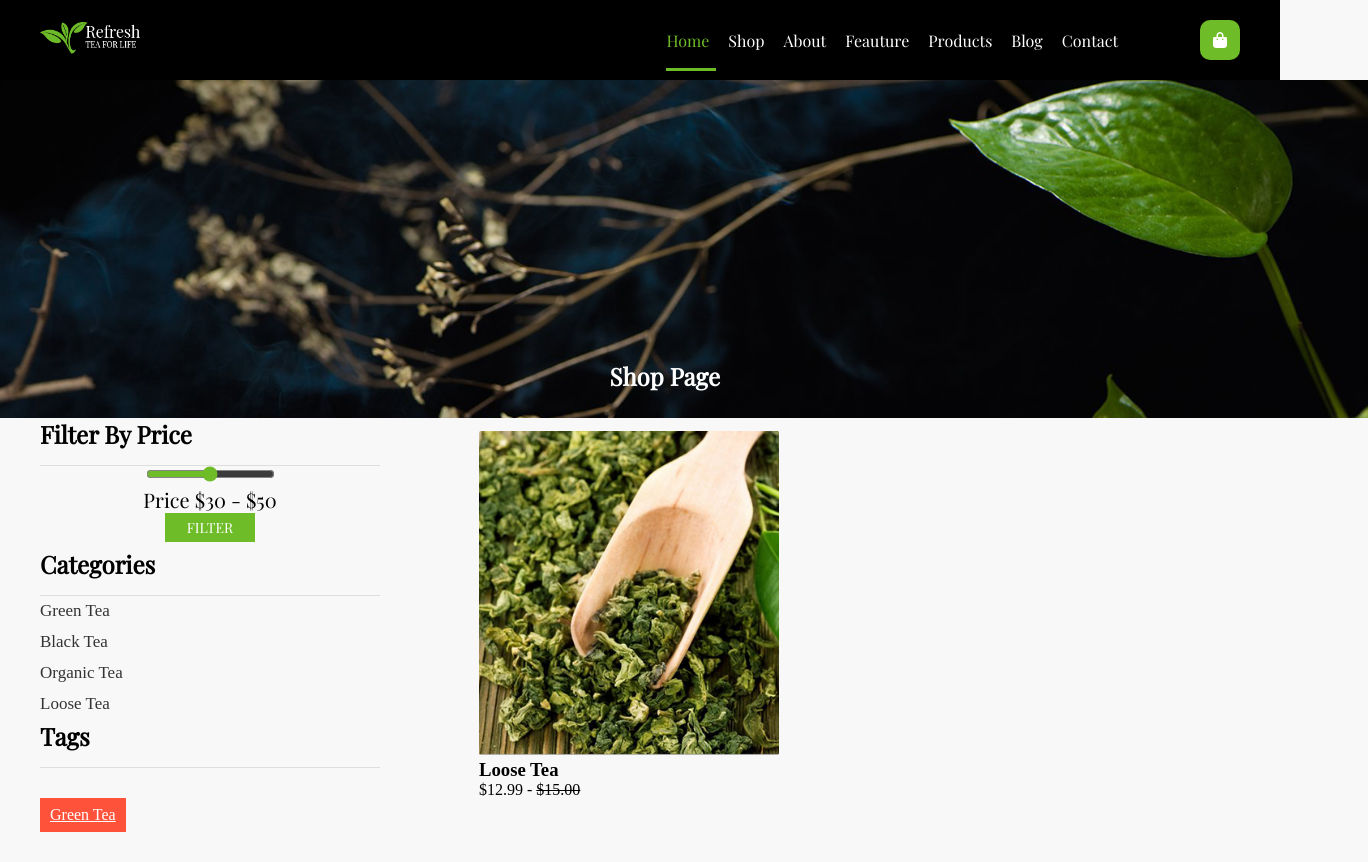
Repository: 52hzwhaleblue/school_teashop
Page: shop.html
The author's editor kept a copy of each file at every save. The page is drawn from the files as they stood at one save, then again after a run of saves.
The browser window is 1280 px wide. The page is 1368 px wide, so the pictures cover 1368 px, including what lies to the right of the window. The pictures show the whole page.
The pointer rests on the first visible `.btn`.
Some web libraries are served in a nearby version.

Above is the page before, as saved 2022-04-29 18:47:52.

### shop.html
<!DOCTYPE html>
<html lang="en">

<head>
    <meta charset="UTF-8">
    <meta http-equiv="X-UA-Compatible" content="IE=edge">
    <meta name="viewport" content="width=device-width, initial-scale=1.0">

    <!-- Style CSS -->
    <link rel="stylesheet" href="./style.css" stylesheet="text/style.css" />

    <!-- googel fonts -->
    <link rel="preconnect" href="https://fonts.googleapis.com" />
    <link rel="preconnect" href="https://fonts.gstatic.com" crossorigin />
    <link href="https://fonts.googleapis.com/css2?family=Playfair+Display&display=swap" rel="stylesheet" />

    <!-- cdn -->
    <link rel="stylesheet" href="https://cdnjs.cloudflare.com/ajax/libs/font-awesome/6.1.1/css/all.min.css" integrity="sha512-KfkfwYDsLkIlwQp6LFnl8zNdLGxu9YAA1QvwINks4PhcElQSvqcyVLLD9aMhXd13uQjoXtEKNosOWaZqXgel0g==" crossorigin="anonymous" referrerpolicy="no-referrer"
    />

    <!-- App.js -->
    <script src="./app.js">
    </script>

    <title>Shop</title>
</head>

<body>
    <!-- header -->
    <div class="header-wrapper">
        <div class="center">
            <div class="row">
                <div class="logo">
                    <img src="./images/logo.png" alt="" />
                </div>

                <div class="menu">
                    <ul>
                        <li class="active"><a href="#">Home</a></li>
                        <li><a href="#">Shop</a></li>
                        <li><a href="#">About</a></li>
                        <li><a href="#">Feauture</a></li>
                        <li><a href="#">Products</a></li>
                        <li><a href="#">Blog</a></li>
                        <li><a href="#">Contact</a></li>
                    </ul>
                </div>

                <div class="cart">
                    <i class="fa-solid fa-bag-shopping"></i>
                </div>
            </div>
        </div>
    </div>

    <!-- silder -->
    <div class="slider-wrapper">
        <div class="slider-img">
            <img src="./images/shop-slide.jpg" alt="" />

            <div class="center">
                <div class="shop-slide-content">
                    <h2 class="heading">Shop Page</h2>
                </div>
            </div>
        </div>
    </div>


    <div class="shop-page-wrapper">
        <div class="center">
            <div class="box-shop-page">
                <!-- filter by price -->
                <div class="price-filter-wrapper">
                    <div class="box-price-filter">
                        <h4>filter by price</h4>
                        <div class="price-range-bar">
                            <form class="multi-range-field my-5 pb-5">
                                <input id="multi3" class="multi-range" type="range" />
                            </form>

                            <div class="price-range">
                                <span>Price</span>
                                <span> $30 </span> -
                                <span> $50 </span>
                            </div>

                            <div class="filter-btn">
                                <p>filter</p>
                            </div>
                        </div>
                    </div>
                    <div class="catory-wrapper">
                        <div class="box-catory">
                            <h2>Categories</h2>
                        </div>
                        <div class="category">
                            <ul>
                               <li><a href="">Green Tea</a></li>
                               <li><a href="">Black Tea</a></li>
                               <li><a href="">Organic Tea</a></li>
                               <li><a href="">Loose Tea</a></li>
                            </ul>
                        </div>
                        <div class="box-catory">
                            <h2>Tags</h2>
                        </div>
                        <div class="category1">
                           <ul>
                               <li><a href="btn" class="btn">Green Tea</a></li>
                           </ul>
                        </div>
                    </div>
                </div>

                <!-- shop-product -->
                <div class="shop-product-wrapper">
                    <div class="row">
                        <div class="col-1">
                            <img src="images/product-1.jpg">
                            <h3 class="title">Loose Tea</h3>
                            <p>$12.99 - <del>$15.00</del></p>
                        </div>
                    </div>
                 </div>
            </div>

        </div>
    </div>

</body>

</html>

### style.css
* {
    padding: 0;
    margin: 0;
}

body {
    background-color: #f8f8f8;
}


/* header */

.header-wrapper {
    margin: 0 auto;
    background-color: #000000;
    position: sticky;
    top: 0;
    z-index: 1;
}

.center {
    width: 1200px;
    margin: 0 auto;
}

.header-wrapper .row {
    display: flex;
    justify-content: space-between;
    align-items: center;
    padding: 20px 0;
}


/* logo */

.logo {
    width: 50.0450045005%;
}

.logo img {
    width: 100px;
}


/* menu */

.menu {
    width: 42.304230423%;
}

.menu ul li.active a {
    color: #6fbc29;
}

.menu ul li {
    display: inline-block;
    padding-right: 15px;
    position: relative;
}

.menu ul li:after {
    content: " ";
    width: 50px;
    border-bottom: 3px #6fbc29 solid;
    /* background-color: #6fbc29; */
    left: 0;
    bottom: -20px;
    position: absolute;
}

.menu ul li:not(.active):after {
    content: " ";
    width: 50px;
    border-bottom: 3px #6fbc29 solid;
    left: 0;
    bottom: -30px;
    position: absolute;
    opacity: 0;
    transition: 0.5s;
}

.menu ul li:hover:after {
    bottom: -20px;
    opacity: 1;
}

.menu ul li:hover a {
    color: #6fbc29;
}

.menu ul li a {
    text-decoration: none;
    color: #fff;
    font-family: "Playfair Display", serif;
}


/* cart */

.cart {
    width: 40px;
    height: 40px;
    border-radius: 25%;
    background-color: #6fbc29;
    display: flex;
    justify-content: center;
    align-items: center;
}

.cart i {
    color: #fff;
}


/* silder */

.slider-wrapper {
    width: 1368px;
    margin: 0 auto;
    overflow: hidden;
}

.slider-img {
    display: flex;

}

.slider-img img {
    max-width: 1368px;
}
.slider-img input{
    display: none;
}


.slider-wrapper .home-slide-content {
    width: 446px;
    position: absolute;
    top: 20%;
    left: calc((100% - 1200px) / 2);
}

.slider-wrapper .shop-slide-content {
    width: 446px;
    position: absolute;
    top: 50%;
    left: calc(100% /2.1);
}

.home-slide-content .heading {
    text-transform: uppercase;
    font-family: "Playfair Display";
    font-size: 16px;
    color: #fff;
}

.shop-slide-content .heading {
    text-transform: capitalize;
    font-family: "Playfair Display";
    /* font-size: 50px; */
    color: #fff;
}

.home-slide-content .subHeading {
    text-transform: capitalize;
    font-family: "Playfair Display";
    font-size: 50px;
    padding: 26px 0 50px 0;
    color: #fff;
}

.home-slide-content .subHeading span {
    color: #6fbc29;
    text-transform: capitalize;
    font-size: 50px;
}

.home-slide-content .slider-btn {
    width: 130px;
    /* height: 35px; */
    background-color: #6fbc29;
    display: flex;
    justify-content: center;
    align-items: center;
}

.slider-btn a {
    font-family: "Playfair Display";
    font-size: 14px;
    text-transform: uppercase;
    color: #fff;
    text-decoration: none;
    padding: 10px 0;
}


/* new product */

.product-wrapper {
    width: 1368px;
    margin: 0 auto;
    padding: 57px 0;
}

.title-main {
    padding-bottom: 52px;
}

.title-main h1 {
    font-family: "Playfair Display";
    font-size: 35px;
    text-transform: capitalize;
    color: #212529;
    text-align: center;
}

.title-main .icon {
    text-align: center;
    padding: 23px 0 18px 0;
}

.heading-icon .icon img {
    width: 100px;
}

.title-main .subTitle {
    width: 540px;
    margin: 0 auto;
}

.title-main .subTitle p {
    font-family: "Playfair Display";
    font-size: 14px;
    color: #212529;
    text-align: center;
}


/* product items */

.product-items {
    display: flex;
    flex-wrap: wrap;
    justify-content: space-between;
}

.product-items .item {
    /* width: calc(100% / 4); */
}

.product-items .item .img {
    position: relative;
}

.modal {
    position: absolute;
    width: 100%;
    height: 100%;
    bottom: 0;
    opacity: 0;
    background-color: #6fbc29;
    transition: 0.7s;
}

.modal-content h4 {
    font-family: "Playfair Display", serif;
    color: #fff;
    text-align: center;
    text-transform: capitalize;
}

.modal-content {
    padding: 48px;
}

.modal-content p {
    font-size: 14px;
    font-family: "Playfair Display", serif;
    color: #fff;
    text-align: center;
    padding: 20px 0;
}

.readmore-btn {
    width: 130px;
    background-color: #fff;
    border: 1px #fff solid;
    padding: 5px 0;
    margin: 0 auto;
    text-align: center;
}

.readmore-btn a {
    text-decoration: none;
    color: #6fbc29;
    font-size: 14px;
    font-family: "Playfair Display", serif;
    text-transform: uppercase;
}

.readmore-btn:hover {
    background-color: transparent;
}

.readmore-btn:hover a {
    text-decoration: none;
    color: #fff;
    font-size: 14px;
    font-family: "Playfair Display", serif;
    text-transform: uppercase;
}

.product-items .img:hover .modal {
    top: 0;
    opacity: 0.8;
}

.product-btn {
    display: flex;
    justify-content: center;
}

.btn-left,
.btn-right {
    border-radius: 50%;
    width: 30px;
    height: 30px;
    background-color: #6fbc29;
    margin: 0 10px;
    display: flex;
    align-items: center;
    justify-content: center;
    color: #fff;
    margin-top: 35px;
}

.btn-left:hover,
.btn-right:hover {
    border-radius: 50%;
    width: 30px;
    height: 30px;
    background-color: #fff;
    margin: 0 10px;
    display: flex;
    align-items: center;
    justify-content: center;
    color: #6fbc29;
    margin-top: 35px;
}


/* information */

.information {
    width: 1368px;
    margin: 0 auto;
    background-color: #f8f8f8;
    display: flex;
    justify-content: space-between;
}

.info-img img {
    max-width: 730px;
}

.info-content {
    width: 37.6461988304%;
    padding: 85px 0 125px 30px;
}

.info-content h2 {
    font-size: 35px;
    font-family: "Playfair Display", serif;
}

.info-content p {
    font-size: 14px;
    font-family: "Playfair Display", serif;
    margin: 10px 0;
}

.information .readmore-info-btn {
    width: 130px;
    background-color: #6fbc29;
    padding: 5px 0;
    text-align: center;
}

.information .readmore-info-btn a {
    text-decoration: none;
    color: #fff;
    font-size: 14px;
    font-family: "Playfair Display", serif;
    text-transform: uppercase;
}

.information .readmore-info-btn:hover {
    background-color: #fff;
}

.information .readmore-info-btn:hover a {
    text-decoration: none;
    color: #6fbc29;
    font-size: 14px;
    font-family: "Playfair Display", serif;
    text-transform: uppercase;
}

.criteria-wrapper {
    width: 100%;
    height: 368px;
}

.criteria-items {
    max-width: 1368px;
    display: flex;
    justify-content: center;
}

.criteria-items .item {
    padding: 0 10px;
    box-sizing: border-box;
}


/* featured product */

.featured-product-wrapper {}

.featured-product-items {
    display: flex;
    justify-content: space-between;
    flex-wrap: wrap;
    margin-bottom: 50px;
}

.featured-product-items .item {
    width: calc(100% / 3);
}

.featured-product-items .item .img {
    position: relative;
}

.featured-product-items .img .modal {
    border-radius: 50%;
}

.featured-product-items .img:hover .modal {
    top: 0;
    opacity: 0.8;
    width: 92.5%;
}

.featured-product-items .item .title {
    text-align: center;
    font-family: "Playfair Display";
    font-weight: 600;
    font-size: 20px;
}

.featured-product-items .item .description {
    text-align: center;
    font-family: "Playfair Display";
    font-size: 14px;
}

.featured-product-items .item img {
    border-radius: 50%;
}


/* Information Wrapper */

.info-wrapper {
    position: relative;
}

.info-wrapper img {
    height: 435px;
    width: 100%;
}

.info-heading {
    top: 0;
    width: 490px;
    margin: 55px 0;
    position: absolute;
}

.info-heading .title {
    font-family: "Playfair Display";
    font-size: 35px;
    font-weight: 600;
}

.info-heading .subTitle {
    font-family: "Playfair Display";
    font-size: 14px;
    margin: 25px 0 50px 0;
}

.readmore-info-btn {
    width: 130px;
    background-color: #6fbc29;
    border: 1px #fff solid;
    padding: 5px 0;
    /* margin: 0 auto; */
    text-align: center;
}

.readmore-info-btn a {
    text-decoration: none;
    color: #fff;
    font-size: 14px;
    font-family: "Playfair Display", serif;
    text-transform: uppercase;
}

.readmore-info-btn:hover {
    background-color: #fff;
}

.readmore-info-btn:hover a {
    text-decoration: none;
    color: #6fbc29;
    font-size: 14px;
    font-family: "Playfair Display", serif;
    text-transform: uppercase;
}


/* video */

.video-wrapper {
    position: relative;
    display: flex;
    justify-content: center;
}

.bg-overlay {
    position: relative;
    z-index: 1;
}

.bg-overlay:after {
    background: #000 none repeat scroll 0 0;
    content: "";
    height: 100%;
    left: 0;
    opacity: 0.8;
    position: absolute;
    top: 0;
    width: 100%;
}

.video-wrapper .center {
    width: 1200px;
    margin: 0 auto;
    display: flex;
    justify-content: center;
}

.video-wrapper img {
    width: 100%;
}

.video-wrapper .title-main {
    top: 0;
    position: absolute;
    z-index: 2;
    margin-top: 55px;
}

.video-wrapper .title-main .title {
    color: #fff;
}

.video-wrapper .title-main .icon img {
    width: 200px;
}

.video-wrapper .title-main .subTitle p {
    color: #fff;
}

.box-video {
    /* width: 890px;
    height: 442px; */
    bottom: 25%;
    z-index: 1;
    position: absolute;
}


/* Shop Page */

.box-shop-page {
    display: flex;
    justify-content: space-between;
}

.price-filter-wrapper {
    width: 28.3333333333%;
}

.box-price-filter h4 {
    font-family: "Playfair Display", serif;
    font-size: 24px;
    text-transform: capitalize;
    border-bottom: 1px #dedede solid;
    padding-bottom: 15px;
}

.shop-product-wrapper {
    width: 56.8333333333%;
}


/* Price Range Input */

#multi3 {
    accent-color: #6FBC29;
}

.price-range-bar {
    text-align: center;
}

.price-range {
    font-family: "Playfair Display", serif;
    font-size: 20px;
}

.filter-btn {
    width: 90px;
    height: 35px;
    margin: 0 auto;
}

.filter-btn:hover {
    width: 90px;
    height: 35px;
    margin: 0 auto;
}

.filter-btn p {
    font-family: "Playfair Display", serif;
    font-size: 14px;
    color: #fff;
    text-transform: uppercase;
    background-color: #6fbc29;
    padding: 5px 20px;
}

.filter-btn p:hover {
    font-family: "Playfair Display", serif;
    font-size: 14px;
    color: #6fbc29;
    text-transform: uppercase;
    background-color: #fff;
    padding: 5px 20px;
    border: 1px #6fbc29 solid;
}
.box-catory h2{
    font-family: "Playfair Display", serif;
    font-size: 24px;
    text-transform: capitalize;
    border-bottom: 1px #dedede solid;
    padding-bottom: 15px;
}
.category ul li a {
    text-decoration: none;
    color:#333333;
    font-size: 17px;
    transition: 0.3s;
    border-bottom: 1px solid transparent;
    padding: 5px 0;
    display: block;

}
ul{
    list-style-type: none;
}
.btn{
    display: inline-block;
    background: #ff523b;
    color: #fff;
    padding: 8px 10px;
    margin: 30px 0;
}
/* ----Product---- */
.shop-product-wrapper{
    max-width: 1080px;
    margin: auto;
    padding-left: 25px;
    padding-right: 25px;
}
.col-1{
    flex-basis: 25%;
    padding: 10px;
    min-width: 200px;
    margin-bottom: 50px;
}
.col-1 img{
    width: 300px;
}

### app.js
/* $('#multi3').mdbRange({
    width: '100%',
    single: {
        active: true,
        multi: {
            active: true,
            rangeLength: 2
        },
    }
}); */

After the next 2 saves:
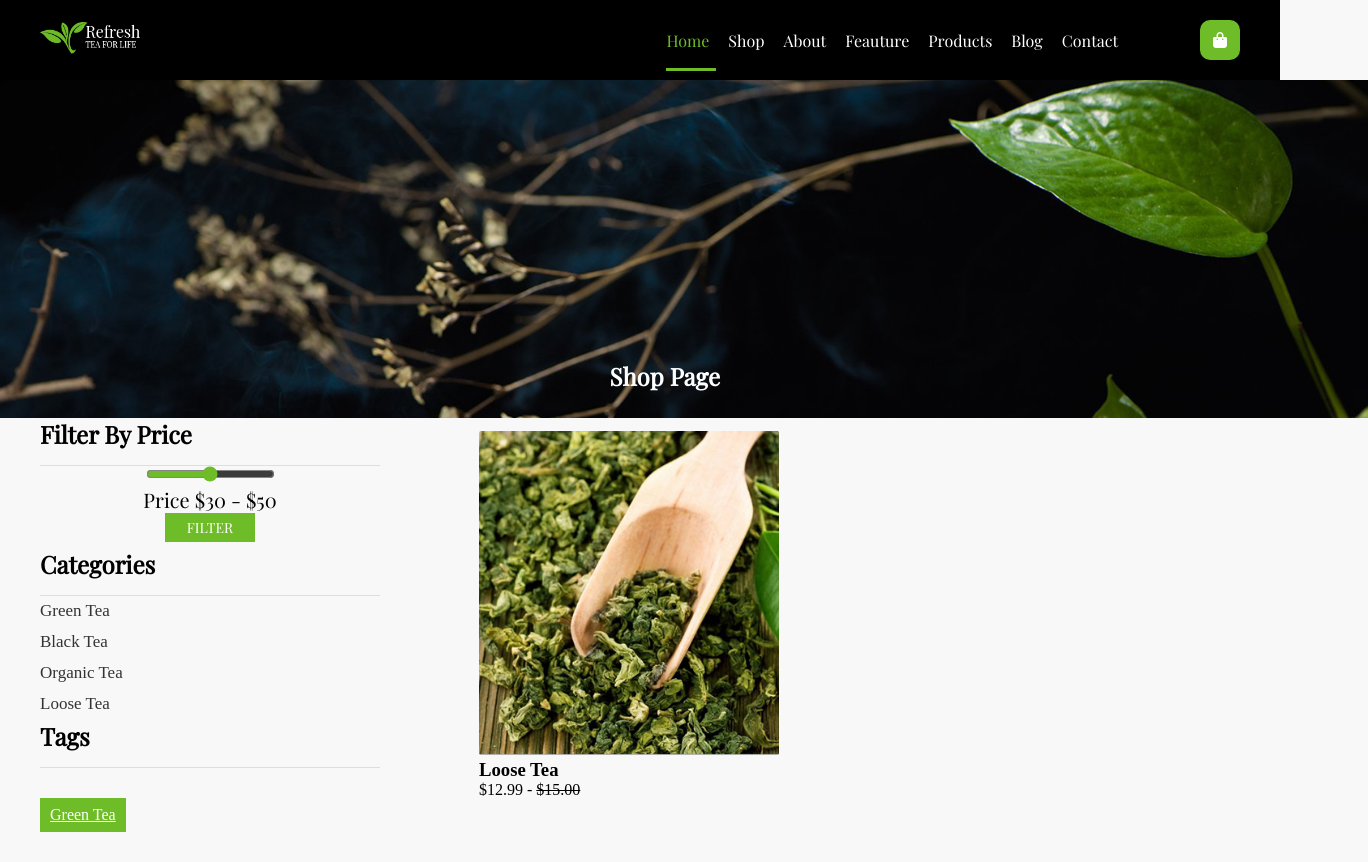
The 2 saves are shown as one change because they came seconds apart.
The last was saved 50 s later.
--- a/style.css
+++ b/style.css
@@ -689,6 +689,9 @@ ul{
     padding: 8px 10px;
     margin: 30px 0;
 }
+.btn:hover {
+    background: #6fbc29;
+}
 /* ----Product---- */
 .shop-product-wrapper{
     max-width: 1080px;
